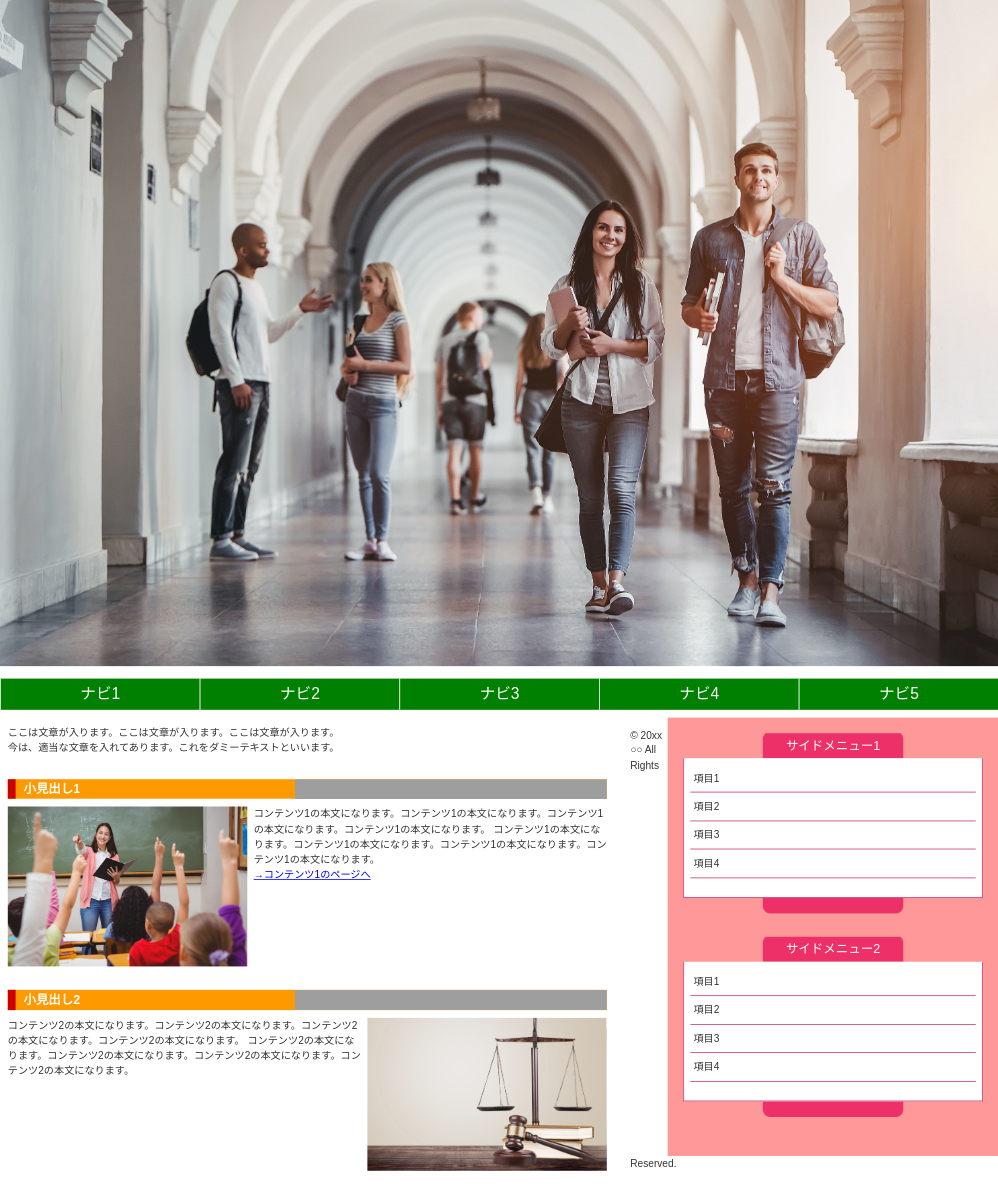
Repository: aki19990/Samurai_HTML-CSS
Page: home.html
The author's editor kept a record of every edit. The page is drawn from the files as they stood at one moment, then again after the next edit.
The browser window is 1280 px wide. The pictures show the whole page, at 78% of full size.
Pictures or frames that could not be fetched are drawn as grey boxes.

Above is the page before.

After the next edit:
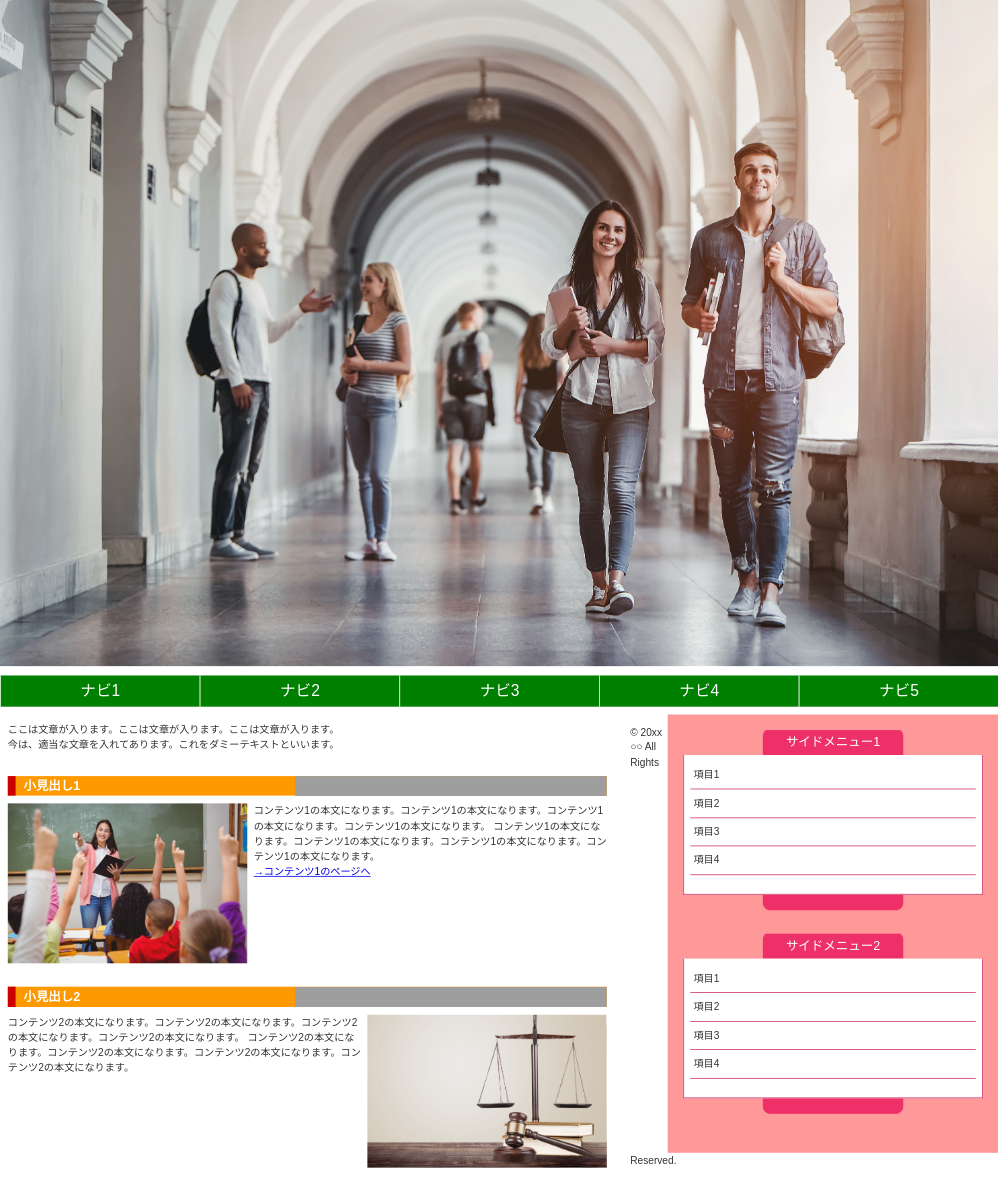
The edit:
--- a/home.html
+++ b/home.html
@@ -9,8 +9,8 @@
     </head>
     <body>
         <div id="header">
-           <a href="index.html">
-               <img id="corridor" src="images/corridor.jpg" alt="大学の廊下" />
+           <h1><a href="index.html">
+               <img id="corridor" src="images/corridor.jpg" alt="大学の廊下" /></h1>
                </a>
         </div>
         <!--トップ終了-->
